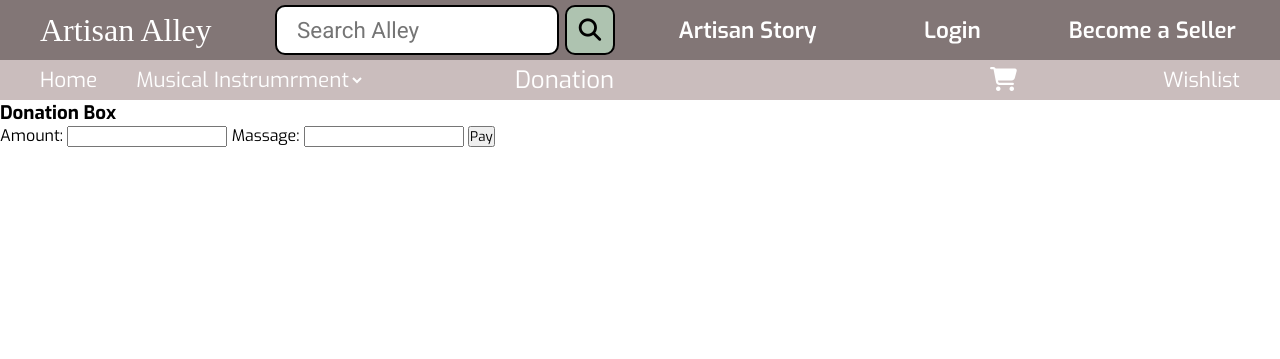
Repository: RingkhangBTY/Bytehacks_Hackathon_Project
Page: donation.html
The author's editor kept a copy of each file at every save. The page is drawn from the files as they stood at one save, then again after a run of saves.
The browser window is 1280 px wide. The pictures show the whole page.
Some web fonts or font styles are not loaded; a fallback is used.

Above is the page before, as saved 2024-11-27 10:44:50.

### donation.html
<!DOCTYPE html>
<html lang="en">
<head>
    <meta charset="UTF-8">
    <meta name="viewport" content="width=device-width, initial-scale=1.0">
    <title>Document</title>
    <link
      rel="stylesheet"
      href="https://cdnjs.cloudflare.com/ajax/libs/font-awesome/6.7.1/css/all.min.css"
      integrity="sha512-5Hs3dF2AEPkpNAR7UiOHba+lRSJNeM2ECkwxUIxC1Q/FLycGTbNapWXB4tP889k5T5Ju8fs4b1P5z/iB4nMfSQ=="
      crossorigin="anonymous"
      referrerpolicy="no-referrer"
    />
    <link rel="stylesheet" href="style.css">
</head>
<body>
    <header>
        <div class="split-div">
            <div class="half half-top">
              <a href="index.html" class="logo">Artisan Alley</a>

              <div class="searchdiv">
                <input
                  type="text"
                  placeholder="Search Alley"
                  class="searchbar"
                  id=""
                />

                <div class="search-icon">
                  <button class="alley-search">
                    <i class="fa-solid fa-magnifying-glass"></i>
                  </button>
                </div>
              </div>

              <div class="artisan-story">
                <a href="artisan-story.html" class="story" id="">Artisan Story</a>
              </div>

              <div class="login-and-seller">
                <a href="login/login.html" class="account-login login" id="">Login</a>
                <a href="" class="seller-login login" id="">Become a Seller</a>
              </div>
            </div>

            <div class="half half-bottom">
              <div class="home-and-categories nav2">
                <a href="index.html" class="home">Home</a>

                <label for="categories"></label>
                <select id="categories" class="categories">
                  <option value="" disabled selected>Categories</option>
                  <option value="" selected>Painting</option>
                  <option value="" selected>Sculpture</option>
                  <option value="" selected>Drawing</option>
                  <option value="" selected>Handcraft</option>
                  <option value="" selected>Musical Instrumrment</option>
                </select>
              </div>

              <div class="donation-container nav2">
                <a class="donation" href="donation.html">Donation</a>
              </div>

              <div class="cart-wishlist nav2">
                <a href="index.html" class="cart" id=""
                  ><i class="fa-solid fa-cart-shopping"></i
                ></a>

                <button class="wishlist" id="">Wishlist</button>
              </div>
            </div>
          </div>
    </header>

    <main>
        <div class="donation-cont">
            <!-- <h2>Welcome to </h2> -->
            <form id="donation from">
                <h3>Donation Box</h3>
                <lab for="donation">Amount:</lab>
                <input type="amount" id="text" name="donate" required>

                <lab for="donation"> Massage:</lab>
                <input type="text" id="text" name="donate" >

                <button type="submit">Pay</button>
            </form>
        </div>
    </main>
</body>
</html>

### style.css
@import url("https://fonts.googleapis.com/css2?family=Roboto:ital,wght@0,100;0,300;0,400;0,500;0,700;0,900;1,100;1,300;1,400;1,500;1,700;1,900&display=swap");
@import url("https://fonts.googleapis.com/css2?family=Edu+AU+VIC+WA+NT+Pre:wght@400..700&display=swap");
@import url("https://fonts.googleapis.com/css2?family=Exo:ital,wght@0,100..900;1,100..900&display=swap");

* {
  margin: 0;
  padding: 0;
  box-sizing: border-box;
  font-family: Exo;
}

body {
  header {
    .split-div {
      width: 100%;
      height: 30%;

      .half {
        width: 100%;
      }

      .half-top {
        background-color: #827676;
        height: 70%;
        display: flex;
        justify-content: space-between;
        align-items: center;

        .logo {
          text-decoration: none;
          color: white;
          font-size: 2rem;
          font-family: Edu AU VIC WA NT Pre, cursive;
          font-weight: 500;
          margin-left: 40px;
        }

        .searchdiv {
          display: flex;

          .searchbar {
            height: 50px;
            width: 100%;
            border: black 2px solid;
            outline: none;
            border-radius: 10px;
            padding-left: 20px;
            font-size: 1.4rem;
            font-family: Roboto;
            margin-right: 5px;
          }

          .alley-search {
            display: flex;
            justify-content: center;
            align-items: center;
            width: 50px;
            height: 50px;
            background-color: #aec3b0;
            border: 2px black solid;
            margin-left: 1px;
            border-radius: 10px;
            cursor: pointer;

            i {
              color: black;
              font-size: 1.4rem;
            }
          }
        }

        .artisan-story .story{
          color: white;
          font-size: 1.4rem;
          text-decoration: none;
          font-family: Exo;
          font-weight: 600;
        }

        .login-and-seller {
          height: 60px;
          width: 400px;
          display: flex;
          justify-content: space-around;
          align-items: center;
        }

        .login-and-seller .login {
          color: white;
          font-size: 1.4rem;
          text-decoration: none;
          font-family: Exo;
          font-weight: 600;
        }
      }

      .half-bottom {
        background-color: #cabdbd;
        height: 30%;
        display: flex;
        justify-content: space-between;
        align-items: center;

        .nav2 {
          height: 40px;
          width: 250px;
          display: flex;
          justify-content: space-between;
          align-items: center;
          margin-left: 40px;
          margin-right: 40px;

          .home {
            text-decoration: none;
            color: white;
            margin-right: 10%;
            font-size: 1.3rem;
          }

          .categories {
            height: 100%;
            padding-left: 10px;
            text-align: center;
            border: none;
            background: transparent;
            border-radius: 5px;
            outline: none;
            font-size: 1.3rem;
            color: #fdfdfd;
            cursor: pointer;
          }
          .categories option[selected]{
            margin-left: 20px;
            background-color: #e6f7ff;
            color: #2a2828;
          }

          .donation{
            display: block;
            text-decoration: none;
            font-size: 1.5rem;
            color: white;
          }

          .cart {
            text-decoration: none;
            font-size: 1.5rem;
            color: white;
          }

          .wishlist {
            height: 100%;
            border-radius: 5px;
            background: transparent;
            border: none;
            outline: none;
            font-size: 1.3rem;
            color: white;
          }
        }
      }
    }
  }
}

.products{
  display: flex;
  gap: 10px;
  margin: 10px;
}

.left-container,.middle-container,.right-container{
  display: flex;
  border-radius: 5px;
  padding: 5px;
  padding-top: 10px;
  width: auto;
}
.left-container{
  padding-left: 17%;
}
.right-container{
  padding-right: 17%;
}
.grid-layout{
  display: grid;
  grid-template-rows: auto ;
  gap: 10px;
}
.grid-item{
  background-color: antiquewhite;
  border: 1px solid #ccc;
  width: 100%;
  border-radius: 5px;
  text-align: center;
  padding: 10px;
  padding-bottom: 10px;
}
.grid-item img{
  width: 100%;
  height: auto;
  border-radius: 5px;
}
.grid-item p{
  font-size: large;
  font-family: Cambria, Cochin, Georgia, Times, 'Times New Roman', serif;
  margin-bottom: 5%;
}

footer{
  background-color: #827676;
    color: #fff;
    padding: 20px 40px;
    text-align: center;
}

.footer-container{
  display: flex;
  justify-content: space-between;
  flex-wrap: wrap;
    gap: 40px;
    max-width: 1200px;
    margin: 0 auto;
    padding-left: 20%;
    padding-right: 20%;
}

.imfo-container{
  display: flex;
    flex-direction: column;
    align-items: center;
    gap: 10px;
}

.imfo-container h6{
  display: flex;
  flex-direction: column;
  font-size: 1rem;
  line-height: 1.6rem;
  display: flex;
  flex-direction: column;
  align-items: center;
  color: #ddd;
  margin: 10px auto;
}
.imfo-container  p, .imfo-container a{
  font-size: 1rem;
  line-height: 1.6rem;
  color: #ddd;
  text-decoration: none;
  display: block;
}

### login/donation-style.css
body{
    font-family: Arial, Helvetica, sans-serif;
    background-color: rgb(161, 155, 149);
    display: flex;
    justify-content: center;
    align-items: center;
    height: auto;
    margin-top: 15px;
}
.donation-cont{
    background-color: antiquewhite;
    border-radius: 15px;
    padding: 15px;
    width: 50%;
    text-align: center;
    margin-top: 15%;
    justify-content: center;
  }

  .donation-cont h3{
    font-size: 1.4rem;
  }

  label{
    display: block;
    text-align: left;
    margin-bottom: 5px;
    font-weight: bold;
  }

  input{
    width: 90%;
    padding: 10px;
    margin-bottom: 10px;
    border: 1px snow;
    border-radius: 3px;
  }

  button{
    width: 30%;
    padding: 10px;
    background-color: rgb(176, 194, 198);
    color: rgb(4, 4, 4);
    border: none;
    border-radius: 3px;
    cursor: pointer;
  }

  .donation-cont:hover{
    transform: translateY(-5px);
    box-shadow: 0 7px rgba(0,0, 0, 0.2);
  }

After the next 4 saves:
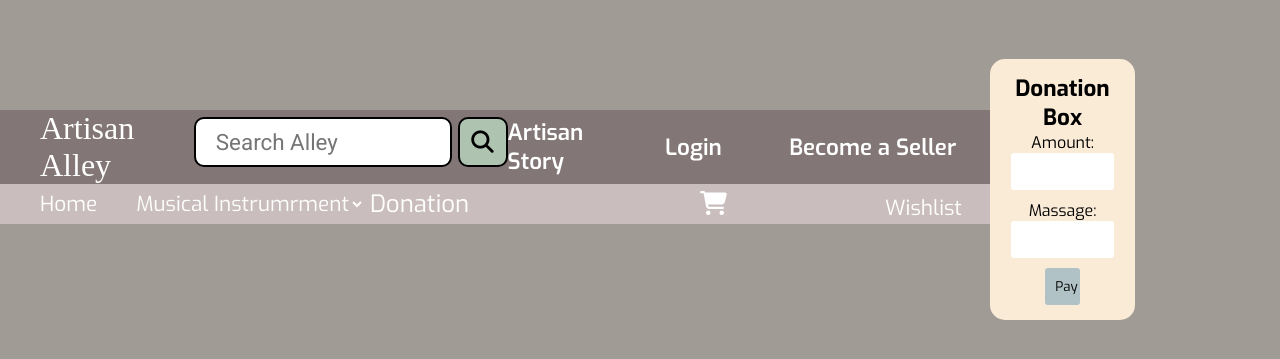
The 4 saves are shown as one change because they came seconds apart.
The last was saved 16 s later.
--- a/donation.html
+++ b/donation.html
@@ -12,6 +12,7 @@
       referrerpolicy="no-referrer"
     />
     <link rel="stylesheet" href="style.css">
+    <link rel="stylesheet" href="login/donation-style.css">
 </head>
 <body>
     <header>
